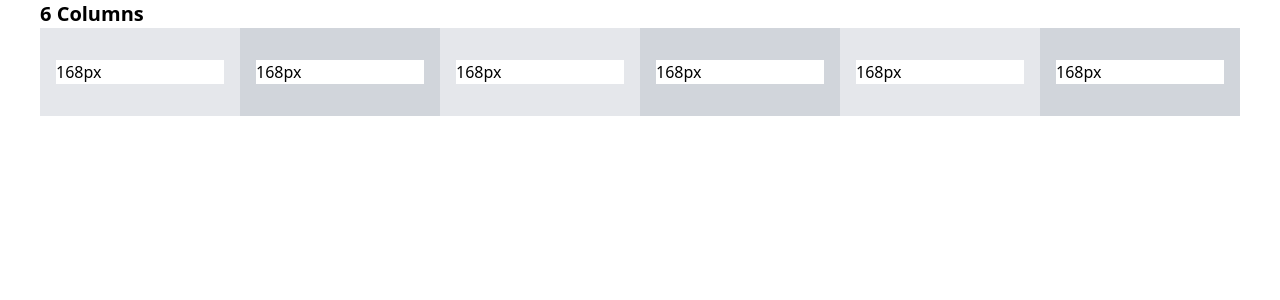
Repository: fabianwurk/vue-tailwind
Page: /
These files come from the project's save history. The page is drawn as it stood at one moment and after a run of saves; the edit follows.
The browser window is 1280 px wide. The pictures show the whole page.
The project was rebuilt for these pictures with package versions that can differ from the ones it lists, and the page was loaded fresh each time. Also part of the build but not shown: vite.config.js.

Above is the page before, as saved 2021-03-15 23:09:11.

### src/App.vue
<template>
  <Tail />
  <Wind />
</template>

<script setup>
import Tail from './components/Tail.vue';
// import Wind from './components/Wind.vue';

</script>

### src/components/Tail.vue
<template>
  <div>

  <div class="container mx-auto">
    <h2 class="text-xl font-bold">6 Columns</h2>
    <div class="flex items-center">
      <div class="w-1/6 bg-gray-200 py-8 px-4">
        <span class="bg-white w-full block">168px</span>
      </div>
      <div class="w-1/6 bg-gray-300 py-8 px-4">
        <span class="bg-white w-full block">168px</span>
      </div>
      <div class="w-1/6 bg-gray-200 py-8 px-4">
        <span class="bg-white w-full block">168px</span>
      </div>
      <div class="w-1/6 bg-gray-300 py-8 px-4">
        <span class="bg-white w-full block">168px</span>
      </div>
      <div class="w-1/6 bg-gray-200 py-8 px-4">
        <span class="bg-white w-full block">168px</span>
      </div>
      <div class="w-1/6 bg-gray-300 py-8 px-4">
        <span class="bg-white w-full block">168px</span>
      </div>
    </div>
  </div>

  </div>
</template>

### tailwind.config.js
module.exports = {
  purge: ['./index.html', './src/**/*.{vue,js,ts,jsx,tsx}'],
  darkMode: false, // or 'media' or 'class'
  theme: {
    extend: {
      screens: {
        'xl': {'min': '1200px', 'max': '1280px'},
        '2xl': {'max': '1280px'},
      },
    },
  },
  variants: {
    extend: {},
  },
  plugins: [],
}

Loaded but not shown: index.html (common file); src/main.js (common file); src/index.css (common file)

After the next 2 saves:
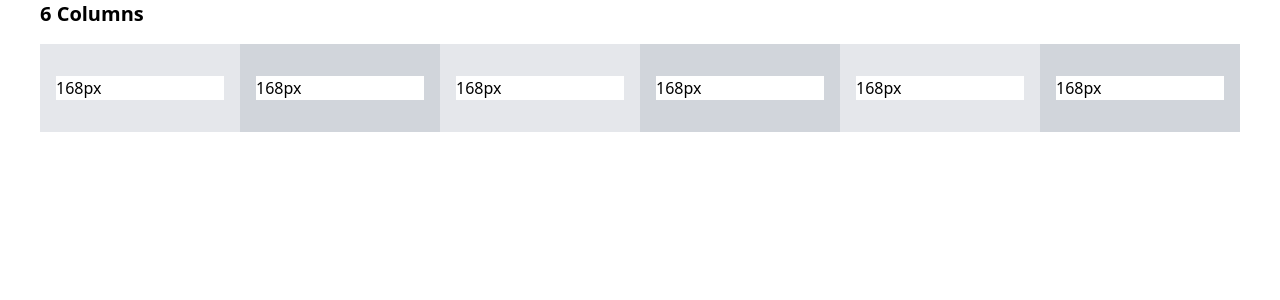
The 2 saves are shown as one change because they came seconds apart.
The last was saved 8 s later.
--- a/src/components/Tail.vue
+++ b/src/components/Tail.vue
@@ -2,7 +2,7 @@
   <div>
 
   <div class="container mx-auto">
-    <h2 class="text-xl font-bold">6 Columns</h2>
+    <h2 class="text-xl font-bold mb-4">6 Columns</h2>
     <div class="flex items-center">
       <div class="w-1/6 bg-gray-200 py-8 px-4">
         <span class="bg-white w-full block">168px</span>
